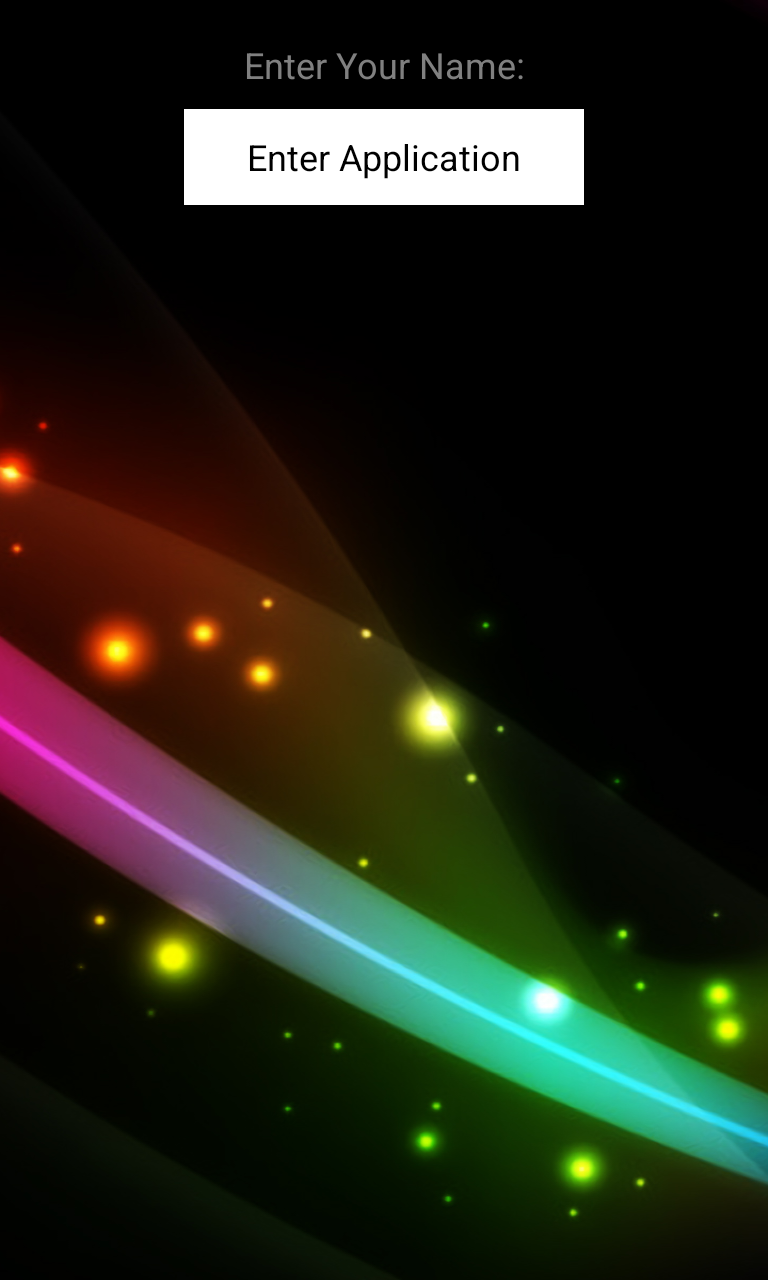
Repository: fsoDannis/workspace
Layout: findIt_3/res/layout/activity_main.xml
The author's editor kept a copy of each file at every save. The layout is drawn from the files as they stood at one save, then again after the next save.
It is drawn on a 768 x 1280 px phone screen (xhdpi) without system bars, with theme AppTheme; the app's code is not run.

Above is the layout before, as saved 2013-02-15 02:49:26.

After the next save:
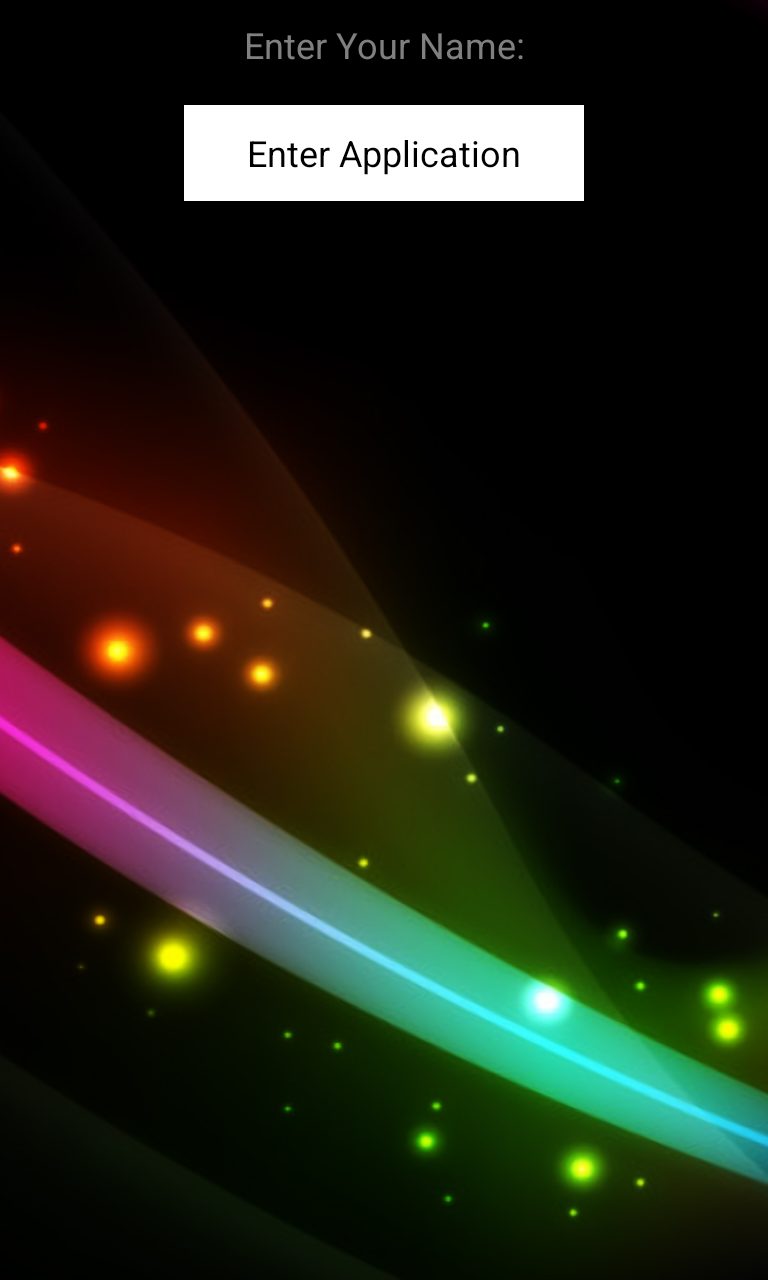
Saved 82 s later.
--- a/findIt_3/res/layout/activity_main.xml
+++ b/findIt_3/res/layout/activity_main.xml
@@ -13,8 +13,8 @@
         android:layout_width="fill_parent"
         android:layout_height="wrap_content"
         android:gravity="center"
-        android:paddingBottom="10dp"
-        android:paddingTop="20dp"
+        android:layout_marginBottom="10dp"
+        android:paddingTop="10dp"
         android:hint="Enter Your Name:" />
 
 
